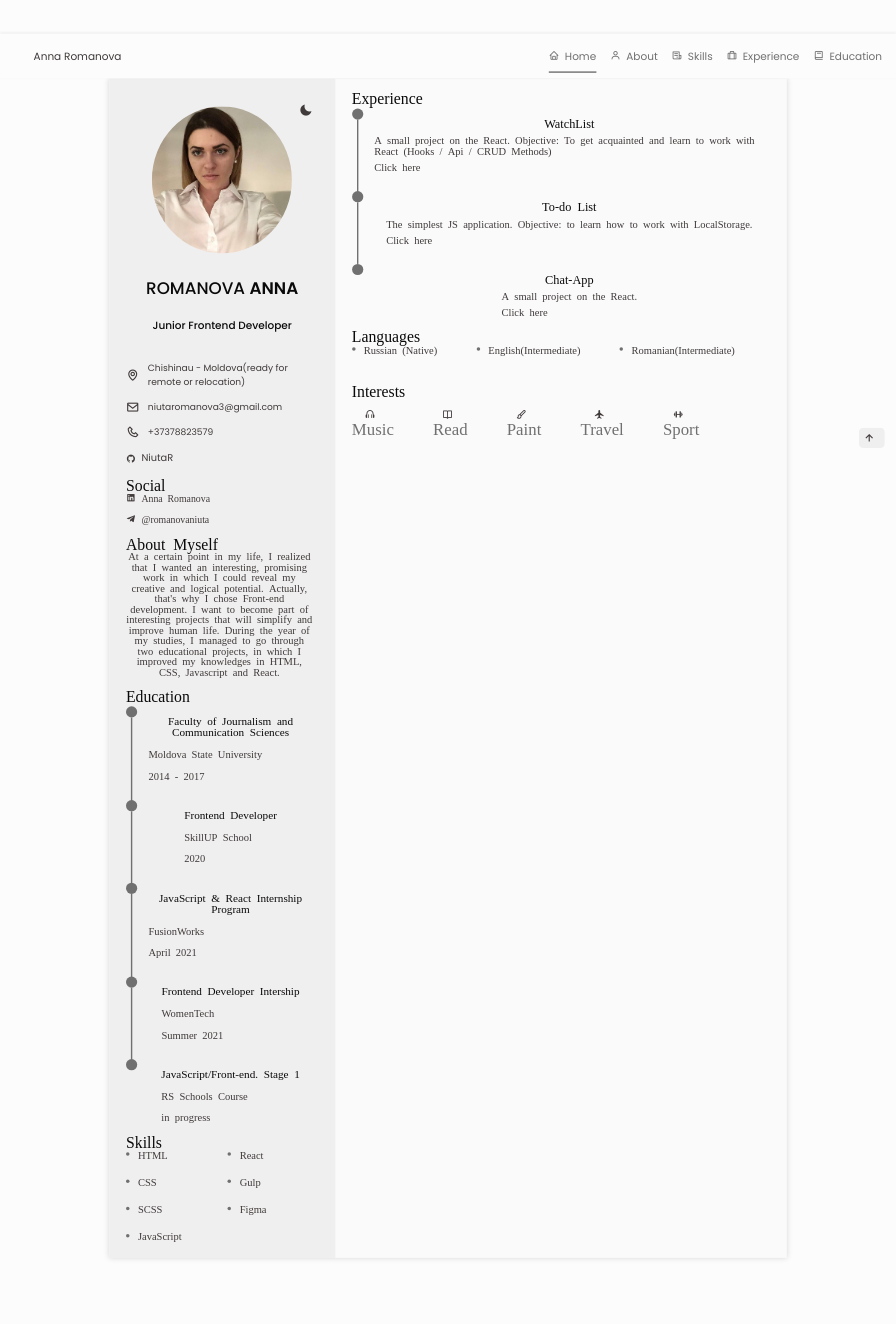
Repository: NiutaR/rsschool-cv
Page: index.html
An editor plug-in stored every save of this project. The page is shown before and after the next save, followed by the edit.
The browser window is 1280 px wide. The pictures show the whole page, at 70% of full size.

Above is the page before, as saved 2021-09-19 19:18:37.

### index.html
<!DOCTYPE html>
<html lang="en">

<head>
    <meta charset="UTF-8">
    <meta http-equiv="X-UA-Compatible" content="IE=edge">
    <meta name="viewport" content="width=device-width, initial-scale=1.0">
    <link rel="stylesheet" href="src/style.css">
    <link rel="stylesheet" href="https://cdn.jsdelivr.net/npm/boxicons@latest/css/boxicons.min.css">
    <title>My resume</title>
</head>

<body>
    <header class="l-header">
        <nav class="nav bd-grid">
            <div>
                <a href="#" class="nav__logo">Anna Romanova</a>
            </div>

            <div class="nav__menu" id="nav-menu">
                <ul class="nav__list">
                    <li class="nav__item"><a href="#home" class="nav__link active"><i
                                class="bx bx-home nav__icon"></i>Home</a></li>
                    <li class="nav__item"><a href="#about" class="nav__link"><i
                                class="bx bx-user nav__icon"></i>About</a></li>
                    <li class="nav__item"><a href="#skills" class="nav__link"><i
                                class="bx bx-receipt nav__icon"></i>Skills</a></li>
                    <li class="nav__item"><a href="#work" class="nav__link"><i
                                class="bx bx-briefcase-alt nav__icon"></i>Experience</a></li>
                    <li class="nav__item"><a href="#education" class="nav__link"><i
                                class="bx bx-book nav__icon"></i>Education</a></li>
                </ul>
            </div>

            <div class="nav__toggle" id="nav-toggle">
                <i class='bx bx-menu'></i>
            </div>
        </nav>
    </header>
    <main class="l-main bd-container">
        <div class="resume">
            <div class="resume__left">
                <section class="home" id="home">
                    <div class="home__container section bd-grid">
                        <div class="home__data bd-grid">
                            <img src="src/img/cv-img.jpg" alt="annaromanova" class="home__img">
                            <h1 class="home__title">ROMANOVA <b>ANNA</b></h1>
                            <h3 class="home__profession">Junior Frontend Developer</h3>
                            <div>
                                <a download="" href="src/pdf/Cv_Anna_Romanova.pdf" class="home__button-movil">Download</a>
                            </div>
                        </div>
                        <div class="home__address bd-grid">
                            <span class="home__information">
                                <i class="bx bx-map home__icon"></i>Chishinau - Moldova(ready for remote or relocation)
                            </span>
                            <span class="home__information">
                                <i class="bx bx-envelope home__icon"></i>niutaromanova3@gmail.com
                            </span>
                            <span class="home__information">
                                <i class="bx bx-phone home__icon"></i> +37378823579
                            </span>
                            <span class="home__information">
                                <a href="https://github.com/NiutaR" target="_blank" class="social__link">
                                    <i class="bx bxl-github"></i>NiutaR
                                </a>
                            </span>
                        </div>
                    </div>

                    <i class="bx bxs-moon change-theme" title="Theme" id="theme-button"></i>
                    <i class="bx bx-do"
                </section>

                <section class="social section">
                    <h2 class="section-title">Social</h2>
                    <div class="social__container bd-grid">
                        <a href="https://www.linkedin.com/in/anna-romanova-59a8b020b/" target="_blank"  class="social__link">
                            <i class="bx bxl-linkedin-square"></i>Anna Romanova
                        </a>
                        <a href="#" target="_blank" class="social__link">
                            <i class="bx bxl-telegram"></i>@romanovaniuta
                        </a>

                    </div>
                </section>
                <section class="about section" id="about">
                    <h2 class="section-title">About Myself</h2>
                    <p class="about__description">At a certain point in my life, I realized that I wanted an interesting, promising work in which I could reveal my creative and logical potential. Actually, that's why I chose Front-end development. I want to become part of interesting projects that will simplify and improve human life. During the year of my studies, I managed to go through two educational projects, in which I improved my knowledges in HTML, CSS, Javascript and React. </p>
                </section>
                <section class="education section" id="education">
                    <h2 class="section-title">Education</h2>
                    <div class="education__container bd-grid">
                        <div class="education__content">
                            <div class="education__time">
                                <span class="education__rounder"></span>
                                <span class="education__line"></span>
                            </div>
                            <div class="education__data bd-grid">
                                <h3 class="education__title">Faculty of Journalism and Communication Sciences</h3>
                                <span class="education__studies"></span>Moldova State University
                                <span class="education__year"></span> 2014 - 2017
                            </div>
                        </div>
                        <div class="education__content">
                            <div class="education__time">
                                <span class="education__rounder"></span>
                                <span class="education__line"></span>
                            </div>
                            <div class="education__data bd-grid">
                                <h3 class="education__title">Frontend Developer</h3>
                                <span class="education__studies"></span> SkillUP School
                                <span class="education__year"></span> 2020
                            </div>
                        </div>
                        <div class="education__content">
                            <div class="education__time">
                                <span class="education__rounder"></span>
                                <span class="education__line"></span>
                            </div>
                            <div class="education__data bd-grid">
                                <h3 class="education__title">JavaScript & React Internship Program</h3>
                                <span class="education__studies"></span> FusionWorks
                                <span class="education__year"></span> April 2021
                            </div>
                        </div>
                        <div class="education__content">
                            <div class="education__time">
                                <span class="education__rounder"></span>
                                <span class="education__line"></span>
                            </div>
                            <div class="education__data bd-grid">
                                <h3 class="education__title">Frontend Developer Intership</h3>
                                <span class="education__studies"></span> WomenTech
                                <span class="education__year"></span> Summer 2021
                            </div>
                        </div>

                        <div class="education__content">
                            <div class="education__time">
                                <span class="education__rounder"></span>
                            </div>
                            <div class="education__data bd-grid">
                                <h3 class="education__title">JavaScript/Front-end. Stage 1</h3>
                                <span class="education__studies"></span> RS Schools Course
                                <span class="education__year"></span> in progress
                            </div>
                        </div>
                    </div>
                </section>
                <section class="skills section" id="skills">
                    <h2 class="section-title">Skills</h2>
                    <div class="skills__content bd-grid">
                        <ul class="skills__data">
                            <li class="skills__name">
                                <span class="skills__circle"></span> HTML
                            </li>
                            <li class="skills__name">
                                <span class="skills__circle"></span> CSS
                            </li>
                            <li class="skills__name">
                                <span class="skills__circle"></span> SCSS
                            </li>
                            <li class="skills__name">
                                <span class="skills__circle"></span> JavaScript
                            </li>
                        </ul>
                        <ul class="skills__data">
                            <li class="skills__name">
                                <span class="skills__circle"></span> React
                            </li>
                            <li class="skills__name">
                                <span class="skills__circle"></span> Gulp
                            </li>
                            <li class="skills__name">
                                <span class="skills__circle"></span> Figma
                            </li>
                        </ul>
                    </div>
                </section>
            </div>
            <div class="resume__right">
                <section class="experience section" id="experience">
                    <h2 class="section-title">Experience</h2>
                    <div class="experience__container bd-grid">
                        <div class="experience__content">
                            <div class="experience__time">
                                <span class="experience__rounder"></span>
                                <span class="experience__line"></span>
                            </div>
                            <div class="experience__data bd-grid">
                                <h3 class="experience__title">WatchList</h3>
                                <p class="experience__description">A small project on the React.
                                    Objective: To get acquainted and learn to work with React (Hooks / Api / CRUD
                                    Methods)</p>
                                    <a href="https://github.com/NiutaR/watchlist-app" class="project__link">Click here</a>

                            </div>
                        </div>
                        <div class="experience__content">
                            <div class="experience__time">
                                <span class="experience__rounder"></span>
                                <span class="experience__line"></span>
                            </div>
                            <div class="experience__data bd-grid">
                                <h3 class="experience__title">To-do List</h3>
                                <p class="experience__description">The simplest JS application.
                                    Objective: to learn how to work with LocalStorage.</p>
                                    <a href="https://github.com/NiutaR/to-do-list-" class="project__link">Click here</a>

                            </div>
                        </div>
                        <div class="experience__content">
                            <div class="experience__time">
                                <span class="experience__rounder"></span>
                            </div>
                            <div class="experience__data bd-grid">
                                <h3 class="experience__title">Chat-App</h3>
                                <p class="experience__description">A small project on the React.</p>
                                    <a href="https://github.com/NiutaR/react_chatapp" class="project__link">Click here</a>

                            </div>
                        </div>
                    </div>
                </section>
                <section class="languages section">
                    <h2 class="section-title">Languages</h2>
                    <div class="languages__container">
                        <ul class="languages__content bd-grid">
                            <li class="languages__name">
                                <span class="languages__circle"></span> Russian (Native)
                            </li>
                            <li class="languages__name">
                                <span class="languages__circle"></span> English(Intermediate)
                            </li>
                            <li class="languages__name">
                                <span class="languages__circle"></span> Romanian(Intermediate)
                            </li>
                        </ul>
                    </div>
                </section>
                <section class="interests section">
                    <h2 class="section-title">Interests</h2>
                    <div class="interests__container bd-grid">
                        <div class="interests__content">
                            <i class="bx bx-headphone"></i>
                            <span class="interests__name interests__icon">Music</span>
                        </div>
                        <div class="interests__content">
                            <i class="bx bx-book-open"></i>
                            <span class="interests__name interests__icon">Read</span>
                        </div>
                        <div class="interests__content">
                            <i class="bx bx-paint"></i>
                            <span class="interests__name interests__icon">Paint</span>
                        </div>
                        <div class="interests__content">
                            <i class="bx bxs-plane"></i>
                            <span class="interests__name interests__icon">Travel</span>
                        </div>
                        <div class="interests__content">
                            <i class="bx bx-dumbbell"></i>
                            <span class="interests__name interests__icon">Sport</span>
                        </div>
                    </div>
                </section>
            </div>
        </div>
    </main>
    <a href="#" class="scrolltop" id="scroll-top">
        <i class="bx bx-up-arrow-alt scrolltop__icon"></i>
    </a>

    <script src="src/main.js"></script>
    <script src="https://cdnjs.cloudflare.com/ajax/libs/html2pdf.js/0.10.1/html2pdf.bundle.min.js"
        integrity="sha512-GsLlZN/3F2ErC5ifS5QtgpiJtWd43JWSuIgh7mbzZ8zBps+dvLusV+eNQATqgA/HdeKFVgA5v3S/cIrLF7QnIg=="
        crossorigin="anonymous" referrerpolicy="no-referrer"></script>

</body>

</html>

Loaded but not shown: src/main.js (57 lines, source omitted); src/style.css (481 lines, source omitted)

After the next save:
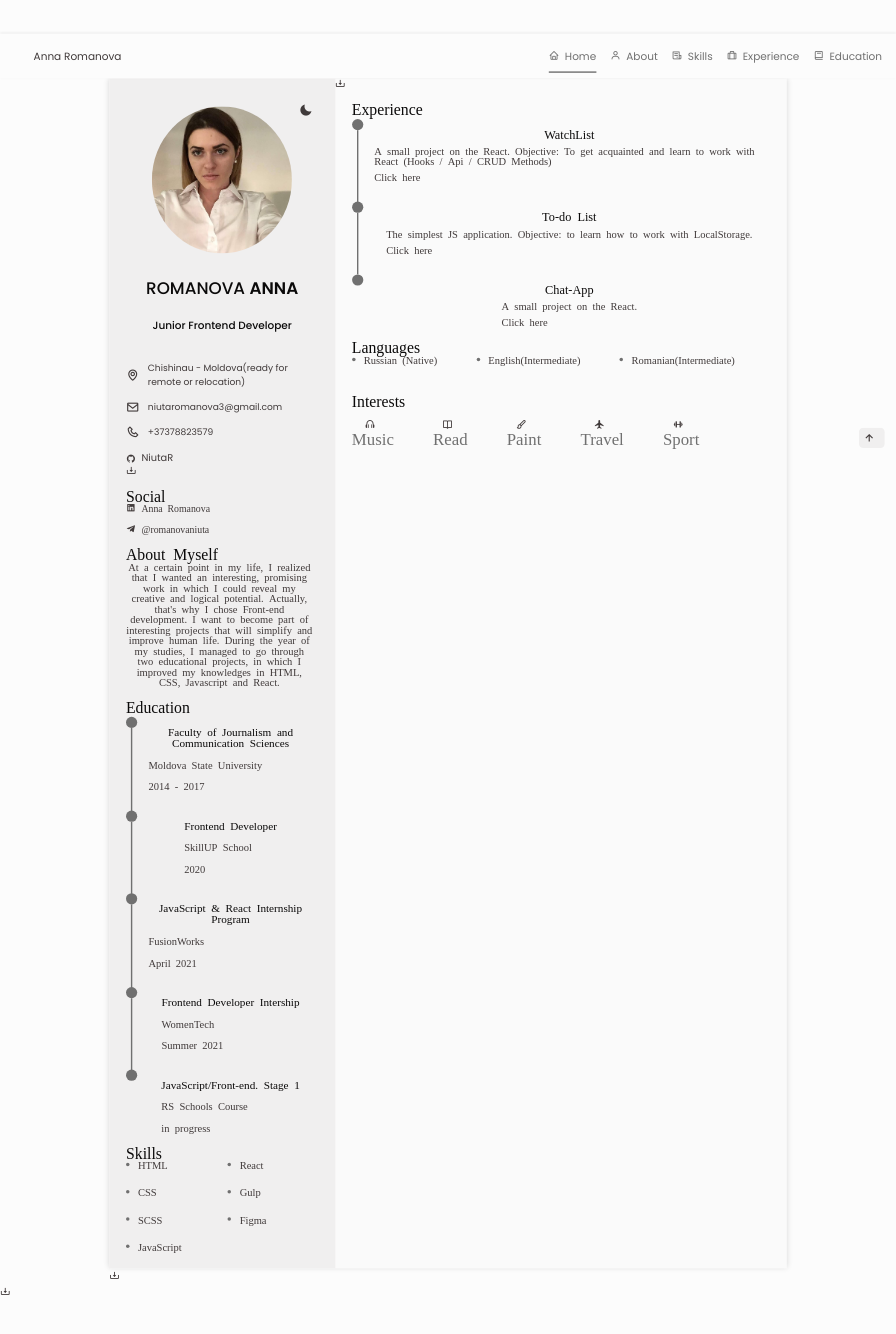
Saved 4 s later.
--- a/index.html
+++ b/index.html
@@ -69,7 +69,7 @@
                     </div>
 
                     <i class="bx bxs-moon change-theme" title="Theme" id="theme-button"></i>
-                    <i class="bx bx-do"
+                    <i class="bx bx-download "
                 </section>
 
                 <section class="social section">
